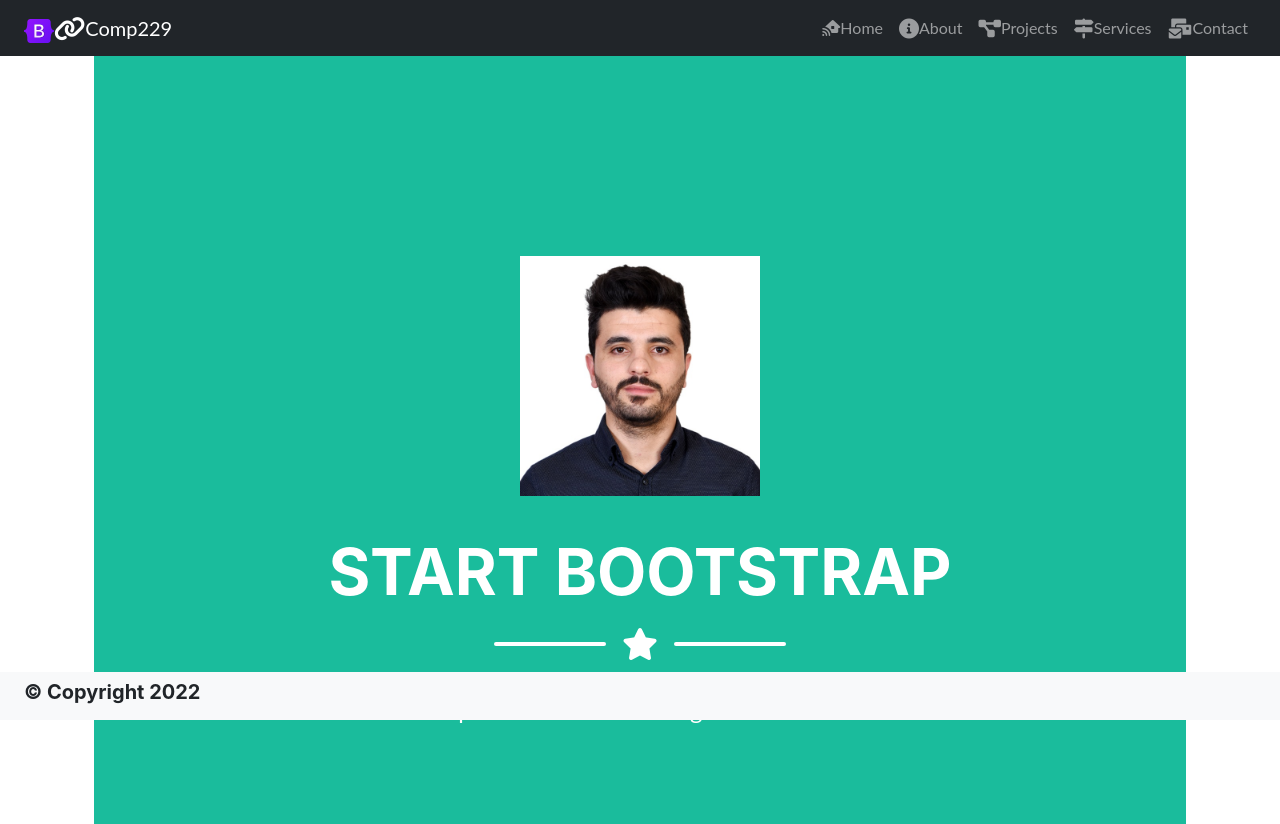
Repository: alaakhdour/heroukulivesite-section1
Page: http://localhost/
The author's editor kept a copy of each file at every save. The page is drawn from the files as they stood at one save, then again after the next save.
The browser window is 1280 px wide. The pictures show the whole page.
The page is served by the project's Node server (server.js). Other server files are loaded and not shown.

Above is the page before, as saved 2022-06-17 08:06:29.

### Server/Views/index.ejs

<!DOCTYPE html>
<html lang="en">
<head>
    <meta charset="UTF-8">
    <meta http-equiv="X-UA-Compatible" content="IE=edge">
    <meta name="viewport" content="width=device-width, initial-scale=1.0">
    <title><%= title %></title>
    <!-- CSS Section -->
    <link rel="stylesheet" href="./bootstrap/dist/css/bootstrap.min.css">
    <link rel="stylesheet" href="./@fortawsome/fontawesome-free/css/all.min.css">
    <link rel="stylesheet" href="./Content/app.css">
    <link rel="stylesheet" href="./Content/styles.css">
</head>
<body>
    <!-- Main Navigation Section -->
    <header>
        <%- include('./components/header.ejs'); %>
    </header>

    <!-- Content Section-->
    <main>
        <%- include('content/' + page + '.ejs'); %>

    </main>

    <!-- Site-wide footer-->
    <footer>
        <%- include('components/footer.ejs'); %>
    </footer>

    <!-- JavaScript Section -->
    <script src="./jquery/dist/jquery.min.js"></script>
    <script src="./bootstrap/dist/js/bootstrap.min.js"></script>
    <script src="./@fortawesome/fontawesome-free/js/all.min.js"></script>
    <script src="./Scripts/app.js"></script>
</body>
</html>

### Server/Views/components/header.ejs
<nav class="navbar navbar-expand-lg navbar-dark bg-dark">
    <div class="container-fluid">
      <a class="navbar-brand" href="/"> <img src="./Assets/images/bootstrap-logo.svg" alt="" width="30" height="24"><i class="fa-solid fa-link fa-lg"></i>Comp229</a>
      <button class="navbar-toggler" type="button" data-bs-toggle="collapse" data-bs-target="#navbarSupportedContent" aria-controls="navbarSupportedContent" aria-expanded="false" aria-label="Toggle navigation">
        <span class="navbar-toggler-icon"></span>
      </button>
      <div class="collapse navbar-collapse" id="navbarSupportedContent">
        <ul class="navbar-nav ms-auto mb-2 mb-lg-0">
          <li class="nav-item">
            <a class="nav-link" aria-current="page" href="/home"><i class="fa-solid fa-house-signal"></i>Home</a>
          </li>

          <li class="nav-item">
            <a class="nav-link" aria-current="page" href="/about"><i class="fa-solid fa-circle-info fa-lg"></i>About</a>
          </li>

          <li class="nav-item">
            <a class="nav-link" aria-current="page" href="/projects"><i class="fa-solid fa-diagram-project fa-lg"></i>Projects</a>
          </li>

          <li class="nav-item">
            <a class="nav-link" aria-current="page" href="/services"><i class="fa-solid fa-signs-post fa-lg"></i>Services</a>
          </li>

          <li class="nav-item">
            <a class="nav-link" aria-current="page" href="/contact"><i class="fa-solid fa-envelopes-bulk fa-lg"></i>Contact </a>
          </li>


        </ul>
      </div>
    </div>
  </nav>

### Server/Views/content/home.ejs
<div class="container">
    <header class="masthead bg-primary text-white text-center">
        <div class="container d-flex align-items-center flex-column">
            <!-- Masthead Avatar Image-->
            <img class="masthead-avatar mb-5" src="./Assets/images/Alaa.jpg" alt="..." />
            <!-- Masthead Heading-->
            <h1 class="masthead-heading text-uppercase mb-0">Start Bootstrap</h1>
            <!-- Icon Divider-->
            <div class="divider-custom divider-light">
                <div class="divider-custom-line"></div>
                <div class="divider-custom-icon"><i class="fas fa-star"></i></div>
                <div class="divider-custom-line"></div>
            </div>
            <!-- Masthead Subheading-->
            <p class="masthead-subheading font-weight-light mb-0">Graphic Artist - Web Designer - Illustrator</p>
        </div>
    </header>
</div>

### Server/Views/components/footer.ejs
<nav class="navbar fixed-bottom bg-light">
    <div class="container-fluid">
      <h5 id="copyright">&copy; Copyright 2022</h5>
    </div>
  </nav>

### server.js
"use strict";
var __importDefault = (this && this.__importDefault) || function (mod) {
    return (mod && mod.__esModule) ? mod : { "default": mod };
};
Object.defineProperty(exports, "__esModule", { value: true });
const app_1 = __importDefault(require("./Server/Config/app"));
const debug_1 = __importDefault(require("debug"));
(0, debug_1.default)('week4:server');
const http_1 = __importDefault(require("http"));
const port = normalizePort(process.env.PORT || '3000');
app_1.default.set('port', port);
const server = http_1.default.createServer(app_1.default);
server.listen(port);
server.on('error', onError);
server.on('listening', onListening);
function normalizePort(val) {
    let port = parseInt(val, 10);
    if (isNaN(port)) {
        return val;
    }
    if (port >= 0) {
        return port;
    }
    return false;
}
function onError(error) {
    if (error.syscall !== 'listen') {
        throw error;
    }
    let bind = typeof port === 'string'
        ? 'Pipe ' + port
        : 'Port ' + port;
    switch (error.code) {
        case 'EACCES':
            console.error(bind + ' requires elevated privileges');
            process.exit(1);
            break;
        case 'EADDRINUSE':
            console.error(bind + ' is already in use');
            process.exit(1);
            break;
        default:
            throw error;
    }
}
function onListening() {
    let addr = server.address();
    let bind = 'pipe ' + addr;
    (0, debug_1.default)('Listening on ' + bind);
}
//# sourceMappingURL=server.js.map

### Server/Routes/index.js
"use strict";
var __importDefault = (this && this.__importDefault) || function (mod) {
    return (mod && mod.__esModule) ? mod : { "default": mod };
};
Object.defineProperty(exports, "__esModule", { value: true });
const express_1 = __importDefault(require("express"));
const router = express_1.default.Router();
router.get('/', function (req, res, next) {
    res.render('index', { title: 'Home', page: 'home' });
});
router.get('/home', function (req, res, next) {
    res.render('index', { title: 'Home', page: 'home' });
});
router.get('/about', function (req, res, next) {
    res.render('index', { title: 'About Us', page: 'about' });
});
router.get('/projects', function (req, res, next) {
    res.render('index', { title: 'My Projects', page: 'projects' });
});
router.get('/services', function (req, res, next) {
    res.render('index', { title: 'My services', page: 'services' });
});
router.get('/contact', function (req, res, next) {
    res.render('index', { title: 'contact us', page: 'contact' });
});
exports.default = router;
//# sourceMappingURL=index.js.map

### Client/Assets/images/bootstrap-logo.svg
<svg xmlns="http://www.w3.org/2000/svg" width="512" height="408"><defs><linearGradient id="bs-logo-a" x1="76.079" x2="523.48" y1="10.798" y2="365.945" gradientUnits="userSpaceOnUse"><stop stop-color="#9013fe"/><stop offset="1" stop-color="#6610f2"/></linearGradient><linearGradient id="bs-logo-b" x1="193.508" x2="293.514" y1="109.74" y2="278.872" gradientUnits="userSpaceOnUse"><stop stop-color="#fff"/><stop offset="1" stop-color="#f1e5fc"/></linearGradient><filter xmlns="http://www.w3.org/2000/svg" id="bs-logo-c" width="197" height="249" x="161.901" y="83.457" color-interpolation-filters="sRGB" filterUnits="userSpaceOnUse"><feFlood flood-opacity="0" result="BackgroundImageFix"/><feColorMatrix in="SourceAlpha" values="0 0 0 0 0 0 0 0 0 0 0 0 0 0 0 0 0 0 127 0"/><feOffset dy="4"/><feGaussianBlur stdDeviation="8"/><feColorMatrix values="0 0 0 0 0 0 0 0 0 0 0 0 0 0 0 0 0 0 0.15 0"/><feBlend in2="BackgroundImageFix" result="effect1_dropShadow"/><feBlend in="SourceGraphic" in2="effect1_dropShadow" result="shape"/></filter></defs><path fill="url(#bs-logo-a)" d="M56.481 53.32C55.515 25.58 77.128 0 106.342 0h299.353c29.214 0 50.827 25.58 49.861 53.32-.928 26.647.277 61.165 8.964 89.31 8.715 28.232 23.411 46.077 47.48 48.37v26c-24.069 2.293-38.765 20.138-47.48 48.37-8.687 28.145-9.892 62.663-8.964 89.311.966 27.739-20.647 53.319-49.861 53.319H106.342c-29.214 0-50.827-25.58-49.86-53.319.927-26.648-.278-61.166-8.966-89.311C38.802 237.138 24.07 219.293 0 217v-26c24.069-2.293 38.802-20.138 47.516-48.37 8.688-28.145 9.893-62.663 8.965-89.31z"/><path fill="url(#bs-logo-b)" filter="url(#bs-logo-c)" stroke="#fff" d="M267.103 312.457c47.297 0 75.798-23.158 75.798-61.355 0-28.873-20.336-49.776-50.532-53.085v-1.203c22.185-3.609 39.594-24.211 39.594-47.219 0-32.783-25.882-54.138-65.322-54.138h-88.74v217h89.202zm-54.692-189.48h45.911c24.958 0 39.131 11.128 39.131 31.279 0 21.505-16.484 33.535-46.372 33.535h-38.67v-64.814zm0 161.961v-71.431h45.602c32.661 0 49.608 12.03 49.608 35.49 0 23.459-16.484 35.941-47.605 35.941h-47.605z"/></svg>

### Client/data/data.json
{
    "FullName": "AlaaAlkhdour",
    "ContactNumber": "999999999999",
    "EmailAddress": "ala@example.com"
}

### content/app.css
h1
{
    font-size: 70px;
    font-family: Verdana, Geneva, Tahoma, sans-serif;
}

### scripts/app.js
//IIFE
(function()
{

    function Start()
    {
        console.log("App Started!");

        // use AJAX to read JSON file

        // Step 1: Create a new XHR object
        let XHR = new XMLHttpRequest();

        // Step 2: Create the request
        XHR.open("GET", "../data/data.json");

        // Step 3: Send the request
        XHR.send();

        // Step 4: create an event listener/handler
        XHR.addEventListener("readystatechange", function()
        {
            if(XHR.readyState == 4 && XHR.status == 200)
            {
                console.log("JSON Data:");
                console.log("===========");
                console.log(XHR.responseText);
            }
        });
    }

    window.addEventListener("load", Start);

})();

Loaded but not shown: Client/content/styles.css (library)

After the next save:
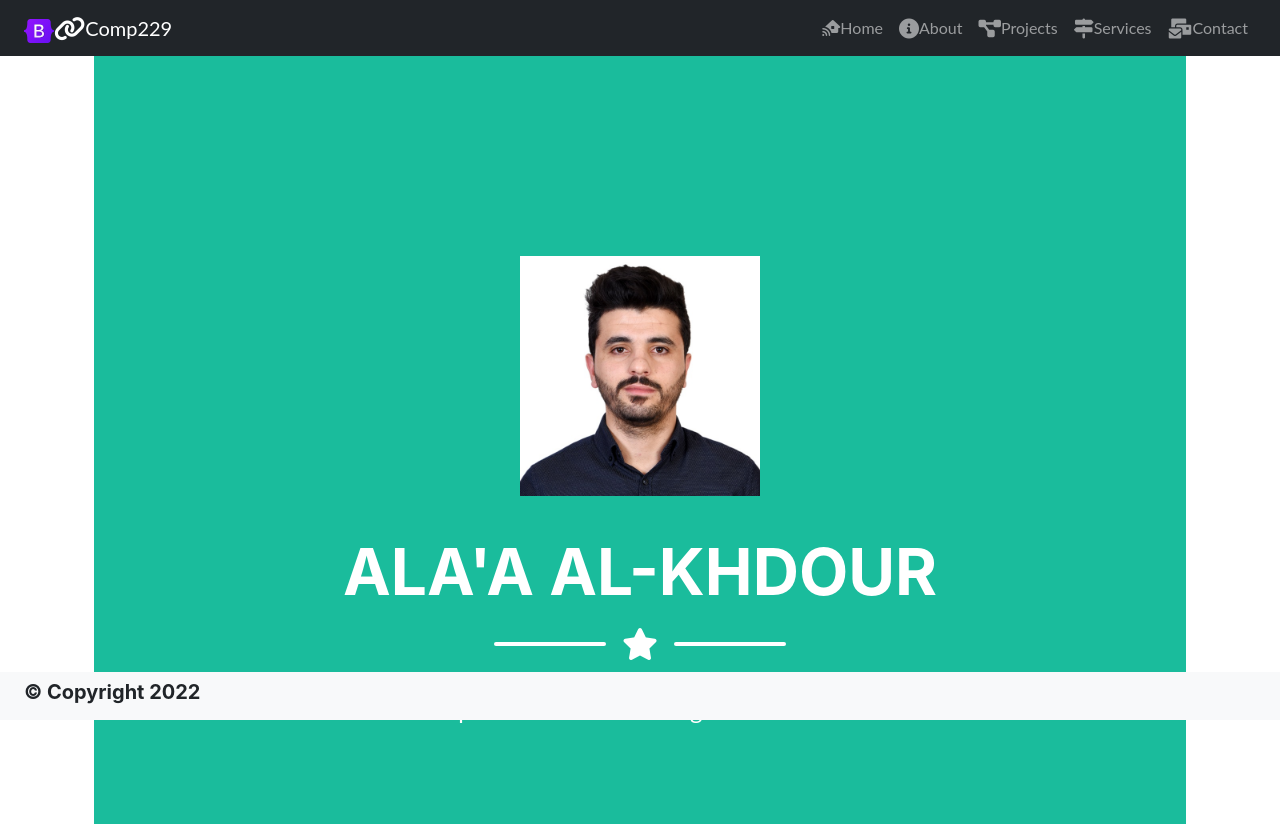
Saved 75 s later.
--- a/Server/Views/content/home.ejs
+++ b/Server/Views/content/home.ejs
@@ -4,7 +4,7 @@
             <!-- Masthead Avatar Image-->
             <img class="masthead-avatar mb-5" src="./Assets/images/Alaa.jpg" alt="..." />
             <!-- Masthead Heading-->
-            <h1 class="masthead-heading text-uppercase mb-0">Start Bootstrap</h1>
+            <h1 class="masthead-heading text-uppercase mb-0">Ala'a Al-khdour</h1>
             <!-- Icon Divider-->
             <div class="divider-custom divider-light">
                 <div class="divider-custom-line"></div>
